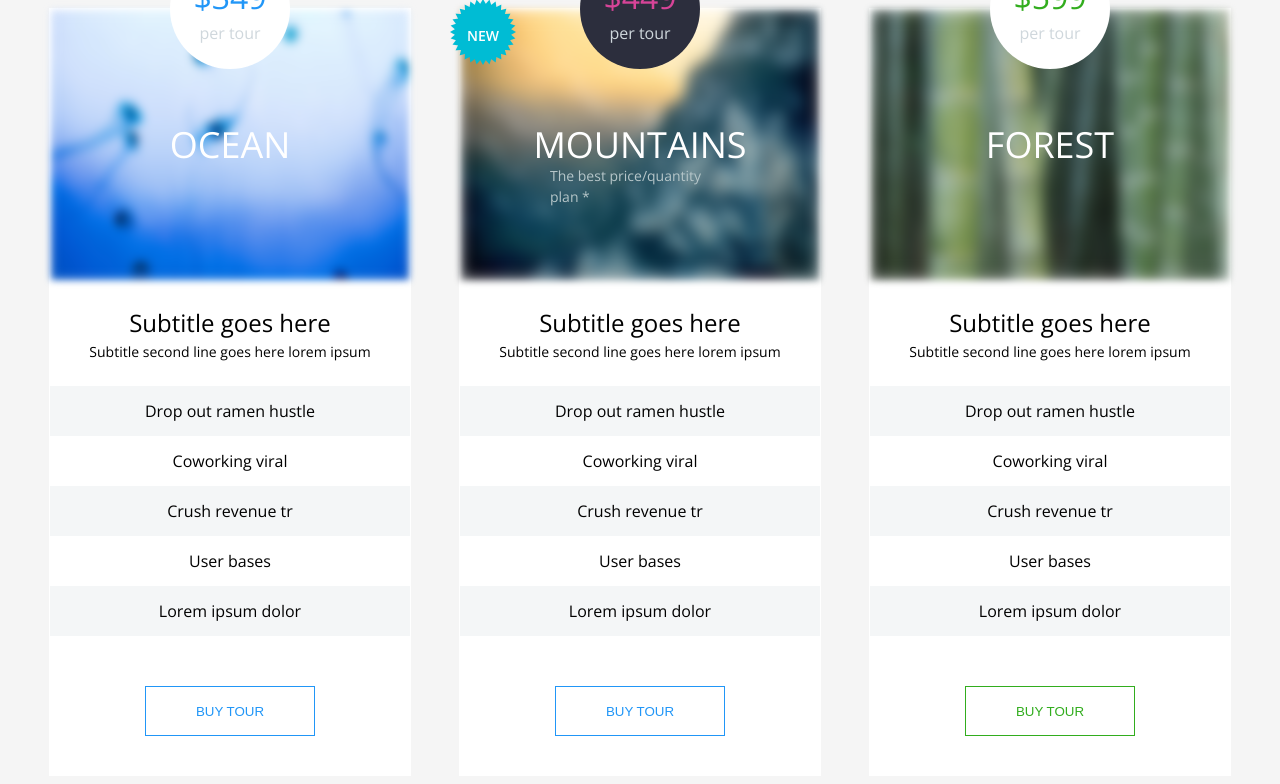
Repository: HoanTiny/pricetable
Page: index.html
An editor plug-in stored every save of this project. The page is shown before and after the next save, followed by the edit.
The browser window is 1280 px wide. The pictures show the whole page.
Some web fonts or font styles are not loaded; a fallback is used.

Above is the page before, as saved 2022-07-04 11:30:23.

### index.html
<!DOCTYPE html>
<html lang="en">
    <head>
        <meta charset="UTF-8" />
        <meta http-equiv="X-UA-Compatible" content="IE=edge" />
        <meta name="viewport" content="width=device-width, initial-scale=1.0" />
        <title>PriceTable</title>
        <link rel="stylesheet" href="./assests/css/style.css" />
        <link
            href="https://fonts.googleapis.com/css2?family=Gochi+Hand&family=IBM+Plex+Sans:wght@200;300;400;500;600;700&family=Open+Sans:wght@300;400;500;600&family=Orbitron:wght@400;500;600;700;800;900&family=Roboto:wght@100;300;400;500;700&display=swap"
            rel="stylesheet"
        />
    </head>
    <body>
        <div class="container">
            <div class="price-table">
                <div class="img">
                    <img src="./assests/img/ocean.png" alt="logo" />
                    <span>Ocean</span>
                </div>
                <div class="title">
                    <div class="title_header">
                        <p>Subtitle goes here</p>
                        <span>Subtitle second line goes here lorem ipsum</span>
                    </div>
                    <div class="title_list">
                        <ul>
                            <li>Drop out ramen hustle</li>
                            <li>Coworking viral</li>
                            <li>Crush revenue tr</li>
                            <li>User bases</li>
                            <li>Lorem ipsum dolor</li>
                        </ul>
                    </div>
                    <div class="title_btn">
                        <button type="">Buy Tour</button>
                    </div>
                    <div class="price">
                        <p>$349</p>
                        <span>per tour</span>
                    </div>
                </div>
            </div>
            <div class="price-table">
                <div class="img">
                    <img src="./assests/img/mountain.png" alt="logo" />
                    <span>Mountains</span>
                    <p>The best price/quantity plan *</p>
                </div>
                <div class="title">
                    <div class="title_header">
                        <p>Subtitle goes here</p>
                        <span>Subtitle second line goes here lorem ipsum</span>
                    </div>
                    <div class="title_list">
                        <ul>
                            <li>Drop out ramen hustle</li>
                            <li>Coworking viral</li>
                            <li>Crush revenue tr</li>
                            <li>User bases</li>
                            <li>Lorem ipsum dolor</li>
                        </ul>
                    </div>
                    <div class="title_btn">
                        <button type="">Buy Tour</button>
                    </div>
                    <div class="price mountain">
                        <p>$449</p>
                        <span>per tour</span>
                    </div>
                    <div class="mark">
                        <img src="./assests/img/newmark.png" alt="logo" />
                        <span>New</span>
                    </div>
                </div>
            </div>
            <div class="price-table">
                <div class="img">
                    <img src="./assests/img/forest.png" alt="logo" />
                    <span>forest</span>
                </div>
                <div class="title">
                    <div class="title_header">
                        <p>Subtitle goes here</p>
                        <span>Subtitle second line goes here lorem ipsum</span>
                    </div>
                    <div class="title_list">
                        <ul>
                            <li>Drop out ramen hustle</li>
                            <li>Coworking viral</li>
                            <li>Crush revenue tr</li>
                            <li>User bases</li>
                            <li>Lorem ipsum dolor</li>
                        </ul>
                    </div>
                    <div class="title_btn forest">
                        <button type="">Buy Tour</button>
                    </div>
                    <div class="price forest">
                        <p>$599</p>
                        <span>per tour</span>
                    </div>
                </div>
            </div>
        </div>
    </body>
</html>

### assests/css/style.css
body {
    background-color: #f5f5f5;
    font-family: "Open Sans", sans-serif;
    font-weight: 100;
    font-size: 14px;
    line-height: 1.5;
    min-height: 100vh;
    display: flex;
    justify-content: center;
    align-items: center;
}

* {
    box-sizing: border-box;
}

.container {
    display: flex;
}

.price-table {
    width: 362px;
    height: 768px;
    background-color: #fff;
    position: relative;
    margin: 0 24px;
    border: 1px solid #fff;
}

.img {
    position: relative;
    height: 272px;
    width: 100%;
}

.img span {
    position: absolute;
    top: 50%;
    left: 50%;
    transform: translate(-50%, -50%);
    font-size: 36px;
    text-transform: uppercase;
    color: #fff;
}

.img p {
    position: absolute;
    top: 60%;
    left: 50%;
    transform: translate(-50%, -50%);
    font-size: 14px;
    color: #b6c6c9;
}

/* .img .text {
    position: absolute;
    top: 50%;
    left: 50%;
    transform: translate(-50%, -50%);
    display: flex;
    flex-direction: column;
} */

.img img {
    /* opacity: 0.8; */
    filter: blur(3px);
    -webkit-filter: blur(3px);
}

img {
    width: 100%;
    height: 100%;
}

.title_header {
    text-align: center;
    margin: 24px 0;
}

.title_header p {
    font-size: 24px;
    margin: 0;
}

.title_header span {
    font-size: 14px;
}

.title_list ul {
    text-align: center;
    padding-left: 0;
    list-style: none;
}

.title_list ul li {
    font-size: 16px;
    height: 50px;
    line-height: 50px;
}

.title_list ul li:nth-child(odd) {
    background-color: #f4f6f7;
}

.title_btn {
    margin-top: 50px;
    text-align: center;
}

.title_btn button {
    width: 170px;
    height: 50px;
    border: 1px solid #2196f7;
    background-color: #fff;
    text-transform: uppercase;
    color: #2196f7;
    cursor: pointer;
}

.title_btn.forest button {
    border: 1px solid #32ad1e;
    color: #32ad1e;
}

.title_btn button:hover {
    background-color: #6c136f;
    color: #fff;
}

.price {
    position: absolute;
    top: -60px;
    left: 120px;
    /* transform: translate(-50%, -50%); */
    width: 120px;
    height: 120px;
    border-radius: 50%;
    background-color: #fff;
    display: flex;
    justify-content: center;
    align-items: center;
    text-align: center;
    display: flex;
    flex-direction: column;
}

.price p {
    font-size: 32px;
    color: #2196f7;
    margin: 0;
}

.price span {
    font-size: 16px;
    color: #cfd7dc;
}

.price.mountain {
    background-color: #2c2e3d;
}

.price.mountain p {
    color: #d74498;
}

.price.forest p {
    color: #32ad1e;
}

.mark {
    position: absolute;
    top: -10px;
    left: -10px;
}

.mark img {
    position: relative;
}

.mark span {
    position: absolute;
    top: 50%;
    left: 50%;
    transform: translate(-50%, -50%);
    color: #fff;
    text-transform: uppercase;
    font-weight: bold;
}

After the next save:
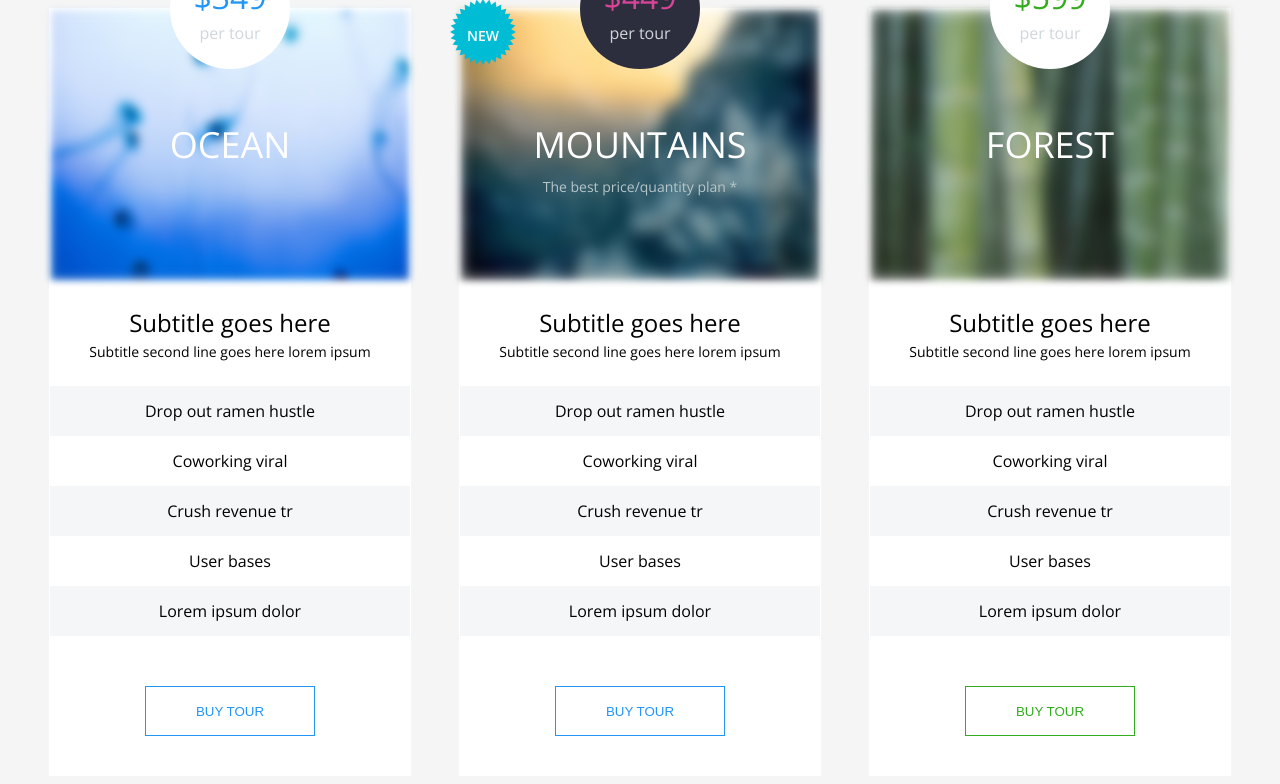
Saved 82 s later.
--- a/assests/css/style.css
+++ b/assests/css/style.css
@@ -49,6 +49,8 @@ body {
     left: 50%;
     transform: translate(-50%, -50%);
     font-size: 14px;
+    width: 100%;
+    text-align: center;
     color: #b6c6c9;
 }
 
